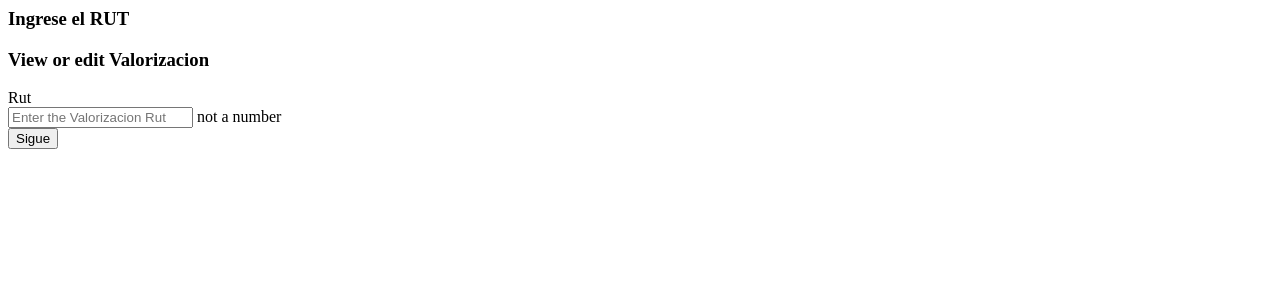
Repository: PabloRPalma/SistemaVentaSeguros
Page: Cotizador/src/main/webapp/views/Valorizacion/detail.html
An editor plug-in stored every save of this project. The page is shown before and after the next save, followed by the edit.
The browser window is 1280 px wide. The pictures show the whole page.

Above is the page before, as saved 2021-02-07 17:59:56.

After the next save:
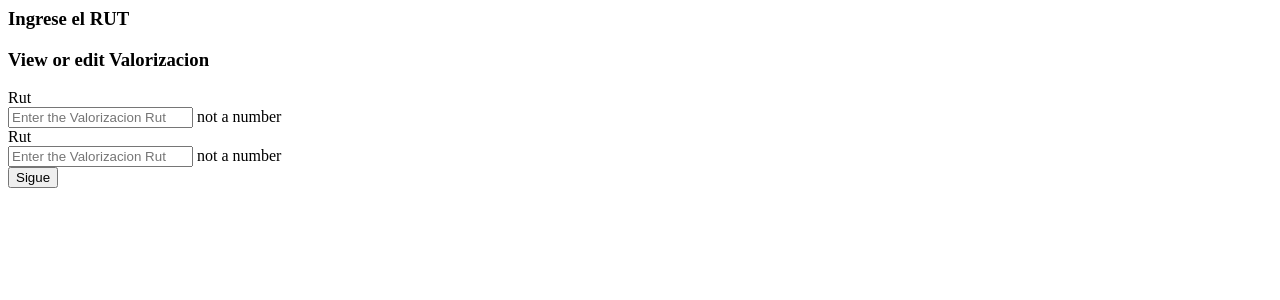
Saved 34 s later.
--- a/Cotizador/src/main/webapp/views/Valorizacion/detail.html
+++ b/Cotizador/src/main/webapp/views/Valorizacion/detail.html
@@ -14,7 +14,13 @@
         </div>
     </div>
 
-
+ <div class="form-group" ng-class="{'has-error': ValorizacionForm.rut.$invalid}">
+        <label for="rut3" class="col-sm-2 control-label">Rut</label>
+        <div id="rutControls" class="col-sm-10">
+            <input  ng-change="buscarRut()" type="text" id="rut3" name="rut3" class="form-control" ng-model="valorizacion.rut" placeholder="Enter the Valorizacion Rut"></input>
+            <span class="help-block error" ng-show="ValorizacionForm.rut.$error.number">not a number</span>
+        </div>
+    </div>
 
     <div class="form-group">
         <div class="col-sm-offset-2 col-sm-10">
